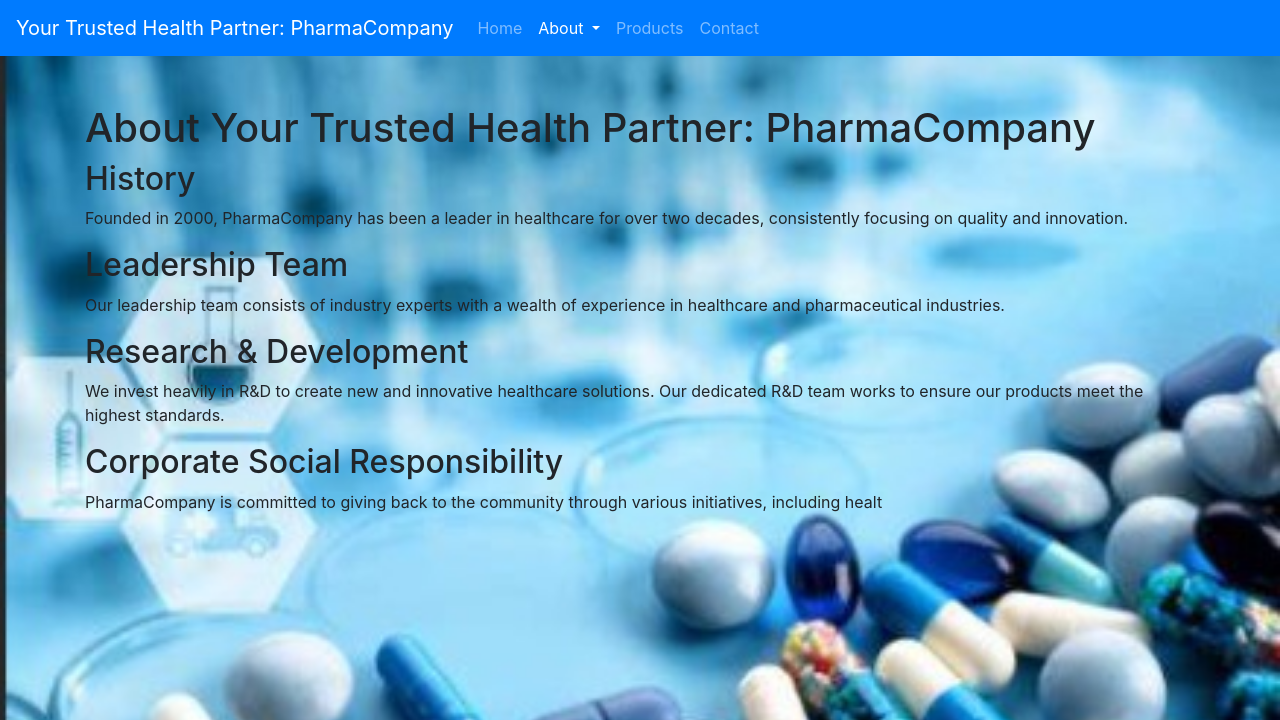
Repository: Oviya24032K6/Pharma
Page: oviya/pharmapp/static/about.html
An editor plug-in stored every save of this project. The page is shown before and after the next save, followed by the edit.
The browser window is 1280 px wide. The pictures show the whole page.

Above is the page before, as saved 2024-05-07 08:28:22.

After the next save:
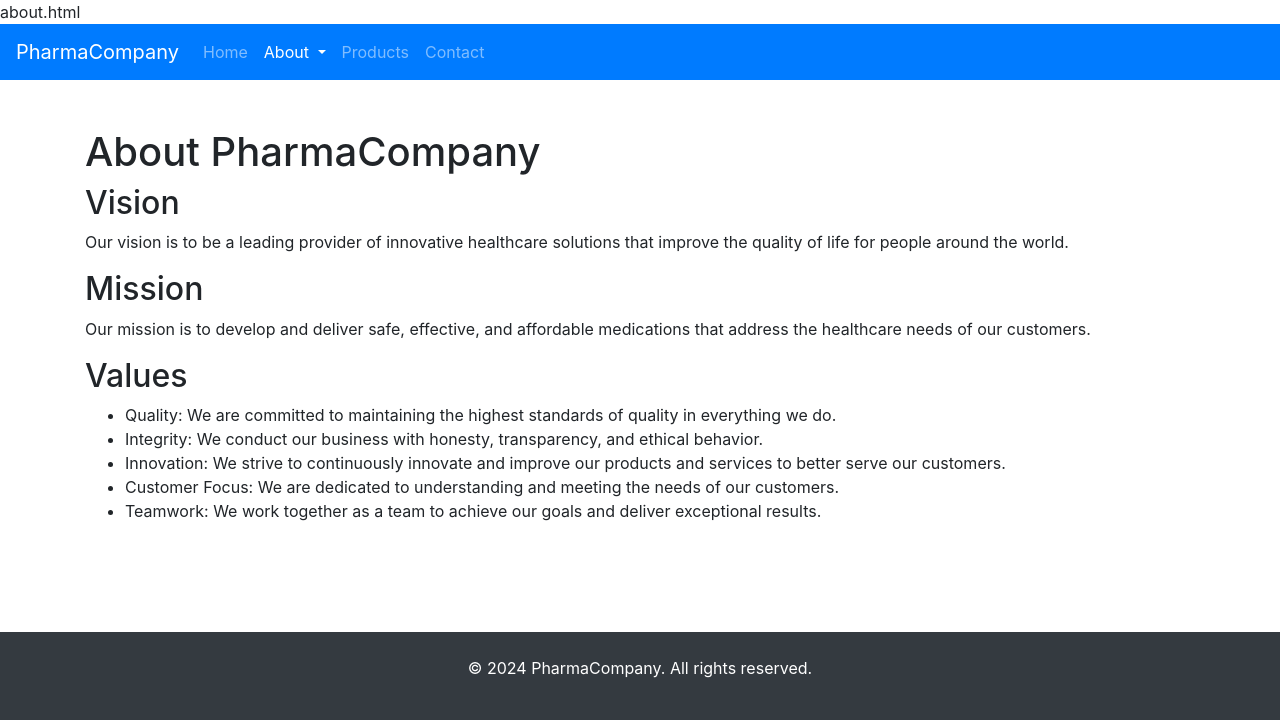
Not found: oviya/pharmapp/static/a.png
Saved 105 s later.
--- a/oviya/pharmapp/static/about.html
+++ b/oviya/pharmapp/static/about.html
@@ -1,24 +1,27 @@
+
+about.html
+
 <!DOCTYPE html>
 <html lang="en">
 <head>
   <meta charset="UTF-8">
   <meta name="viewport" content="width=device-width, initial-scale=1.0">
-  <title>Your Trusted Health Partner: PharmaCompany</title>
+  <title>About PharmaCompany</title>
   <!-- Bootstrap CSS -->
   <link href="https://stackpath.bootstrapcdn.com/bootstrap/4.5.2/css/bootstrap.min.css" rel="stylesheet">
   <!-- Custom CSS -->
   <style>
     body {
-      background-image: url("hehe.jpg");
+      background-image: url('a.png');
       background-size: cover;
       background-repeat: no-repeat;
     }
-    footer {
-      position: fixed;
+    footer{
+    position: fixed;
       left: 0;
       bottom: 0;
       width: 100%;
-      background-color: #030508;
+      background-color: #343a40;
       color: white;
       text-align: center;
       padding: 10px 0;
@@ -29,7 +32,7 @@
 
   <!-- Navbar -->
   <nav class="navbar navbar-expand-lg navbar-dark bg-primary">
-    <a class="navbar-brand" href="#">Your Trusted Health Partner: PharmaCompany</a>
+    <a class="navbar-brand" href="#">PharmaCompany</a>
     <button class="navbar-toggler" type="button" data-toggle="collapse" data-target="#navbarSupportedContent" aria-controls="navbarSupportedContent" aria-expanded="false" aria-label="Toggle navigation">
       <span class="navbar-toggler-icon"></span>
     </button>
@@ -44,11 +47,10 @@
             About
           </a>
           <div class="dropdown-menu" aria-labelledby="navbarDropdownAbout">
-            <a class="dropdown-item" href="#history">History</a>
-            <a class="dropdown-item" href="#leadership">Leadership Team</a>
-            <a class="dropdown-item" href="#randd">Research & Development</a>
-            <a class="dropdown-item" href="#csr">Corporate Social Responsibility</a>
-            <a class="dropdown-item" href="#quality">Quality Assurance</a>
+            <a class="dropdown-item" href="#vision">Vision</a>
+            <a class="dropdown-item" href="#mission">Mission</a>
+            <a class="dropdown-item" href="#values">Values</a>
+            <!-- Add more subheadings as needed -->
           </div>
         </li>
         <li class="nav-item">
@@ -65,23 +67,38 @@
   <div class="container mt-5">
     <div class="row">
       <div class="col-md-12">
-        <h1>About Your Trusted Health Partner: PharmaCompany</h1>
+        <h1>About PharmaCompany</h1>
+        <div id="vision">
+          <h2>Vision</h2>
+          <p>Our vision is to be a leading provider of innovative healthcare solutions that improve the quality of life for people around the world.</p>
+        </div>
+        <div id="mission">
+          <h2>Mission</h2>
+          <p>Our mission is to develop and deliver safe, effective, and affordable medications that address the healthcare needs of our customers.</p>
+        </div>
+        <div id="values">
+          <h2>Values</h2>
+          <ul>
+            <li>Quality: We are committed to maintaining the highest standards of quality in everything we do.</li>
+            <li>Integrity: We conduct our business with honesty, transparency, and ethical behavior.</li>
+            <li>Innovation: We strive to continuously innovate and improve our products and services to better serve our customers.</li>
+            <li>Customer Focus: We are dedicated to understanding and meeting the needs of our customers.</li>
+            <li>Teamwork: We work together as a team to achieve our goals and deliver exceptional results.</li>
+          </ul>
+        </div>
+        <!-- Add more subheadings as needed -->
+      </div>
+    </div>
+  </div>
 
-        <div id="history">
-          <h2>History</h2>
-          <p>Founded in 2000, PharmaCompany has been a leader in healthcare for over two decades, consistently focusing on quality and innovation.</p>
-        </div>
+  <!-- Footer -->
+  <footer class="bg-dark text-white text-center py-4 mt-5">
+    <p>&copy; 2024 PharmaCompany. All rights reserved.</p>
+  </footer>
 
-        <div id="leadership">
-          <h2>Leadership Team</h2>
-          <p>Our leadership team consists of industry experts with a wealth of experience in healthcare and pharmaceutical industries.</p>
-        </div>
-
-        <div id="randd">
-          <h2>Research & Development</h2>
-          <p>We invest heavily in R&D to create new and innovative healthcare solutions. Our dedicated R&D team works to ensure our products meet the highest standards.</p>
-        </div>
-
-        <div id="csr">
-          <h2>Corporate Social Responsibility</h2>
-          <p>PharmaCompany is committed to giving back to the community through various initiatives, including healt
+  <!-- Bootstrap JS -->
+  <script src="https://code.jquery.com/jquery-3.5.1.slim.min.js"></script>
+  <script src="https://cdn.jsdelivr.net/npm/popper.js@1.16.1/dist/umd/popper.min.js"></script>
+  <script src="https://stackpath.bootstrapcdn.com/bootstrap/4.5.2/js/bootstrap.min.js"></script>
+</body>
+</html>
